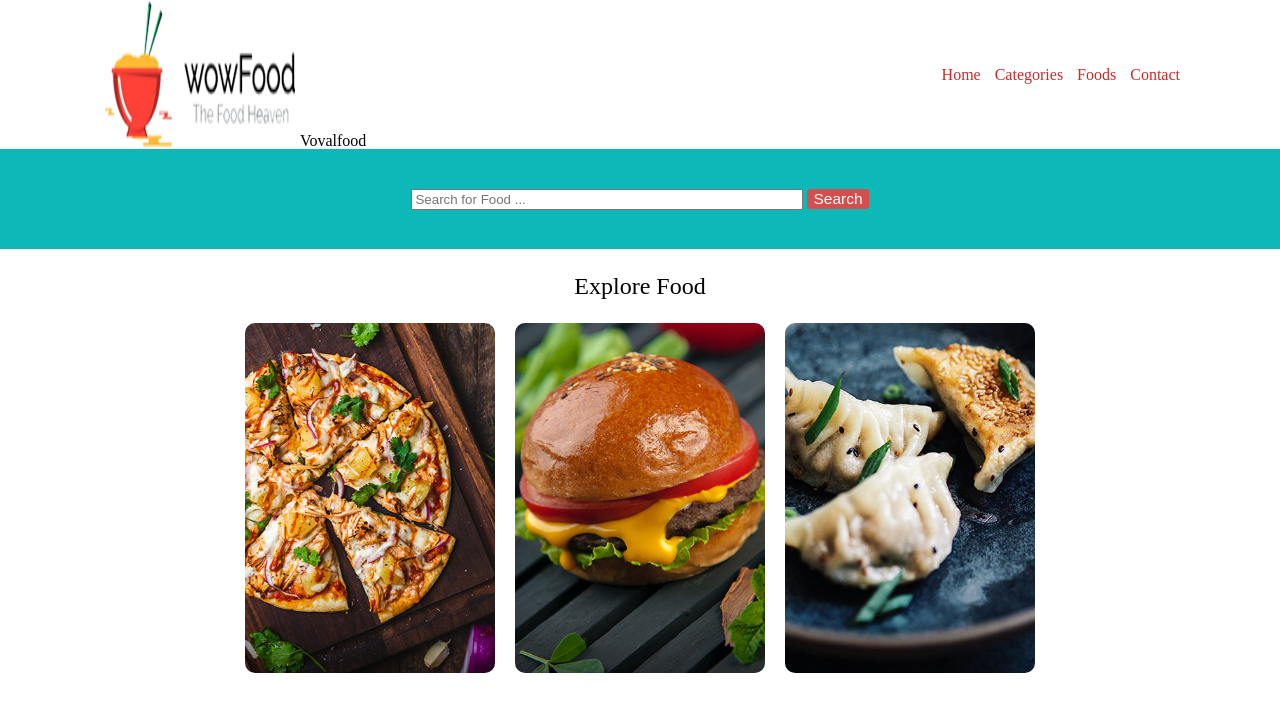
Repository: ruaruababa/WowFood
Page: index.html
An editor plug-in stored every save of this project. The page is shown before and after the next save, followed by the edit.
The browser window is 1280 px wide. The pictures show the whole page.

Above is the page before, as saved 2021-09-16 08:30:02.

### index.html
<!DOCTYPE html>
<html lang="en">
<head>
    <meta charset="UTF-8">
    <meta http-equiv="X-UA-Compatible" content="IE=edge">
    <meta name="viewport" content="width=device-width, initial-scale=1.0">
    <title>Document</title>
    <link rel="stylesheet" href="./style.css">
    <link rel="stylesheet" href="./reset.css">
</head>
<body>
    <header>
        <div class="container-header">
            <div class="header-left">
                <img src="./img/logo.png" alt="">
                <span class="name-brand">Vovalfood</span>
            </div>
            <div class="header-right">
                <ul class="nav">
                    <li class="item"><a href="">Home</a></li>
                    <li class="item"><a href="">Categories</a></li>
                    <li class="item"><a href="">Foods</a></li>
                    <li class="item"><a href="">Contact</a></li>
                </ul>
            </div>
        </div>
    </header>
    <nav>
        <div class="container-nav">
            <div class="form">
                <input type="text" placeholder="Search for Food ..." class="input-search">
                <input type="button" value="Search" class="btn-search">
            </div>
        </div>
    </nav>
    <section>
        <div class="container-section">
            <div class="explore-food">Explore Food</div>
            <div class="collection-food">
                <ul class="list-food">
                    <li class="item"><img src="./img/pizza.jpg" alt=""></li>
                    <li class="item"><img src="./img/burger.jpg" alt=""></li>
                    <li class="item"><img src="./img/momo.jpg" alt=""></li>
                </ul>
            </div>
        </div>
    </section>
</body>
</html>

### style.css
.container-header{
    display: flex;
    justify-content: space-between;
    align-items: center;
}
.header-left{
    display: flex;
    margin-left: 100px;
}
.name-brand{
    margin-top: 50%;
}

.header-right{
    margin-right: 100px;
}
.nav{
    list-style: none;
}
.nav li{
    display: inline;
    padding-left: 10px;
}
.nav li a {
    text-decoration: none;
    color: rgb(211, 38, 38);
}

.container-nav {
    background-color: rgb(12, 184, 184);
    text-align: center;
    height: 100px;
    line-height: 100px;
}
.input-search{
    width: 30%;
}
.btn-search{
    background-color: rgba(250, 59, 59, 0.849);
    border: none;
    border-radius: 3px;
    font-size: 15.5px;
    color: white;
}
.list-food{
    display: flex;
    justify-content: center;
    column-gap: 20px;
}
.explore-food{
    font-size: 24px;
    text-align: center;
    padding: 25px 0;
}
.list-food li {
    width: 250px;
    height: 350px;
}

.list-food li img {
    width: 100%;
    height: 100%;
    object-fit: cover;
    border-radius: 10px;
}

Loaded but not shown: reset.css (common file)

After the next save:
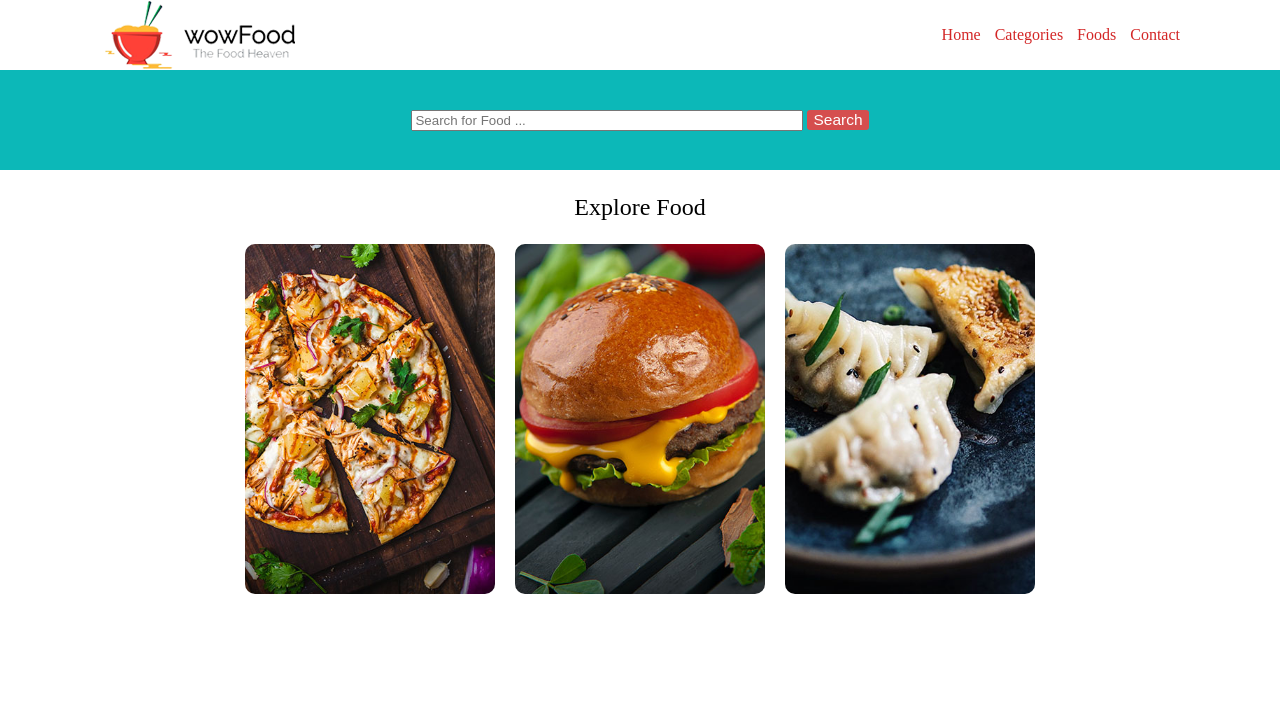
Saved 44 s later.
--- a/index.html
+++ b/index.html
@@ -13,7 +13,6 @@
         <div class="container-header">
             <div class="header-left">
                 <img src="./img/logo.png" alt="">
-                <span class="name-brand">Vovalfood</span>
             </div>
             <div class="header-right">
                 <ul class="nav">
